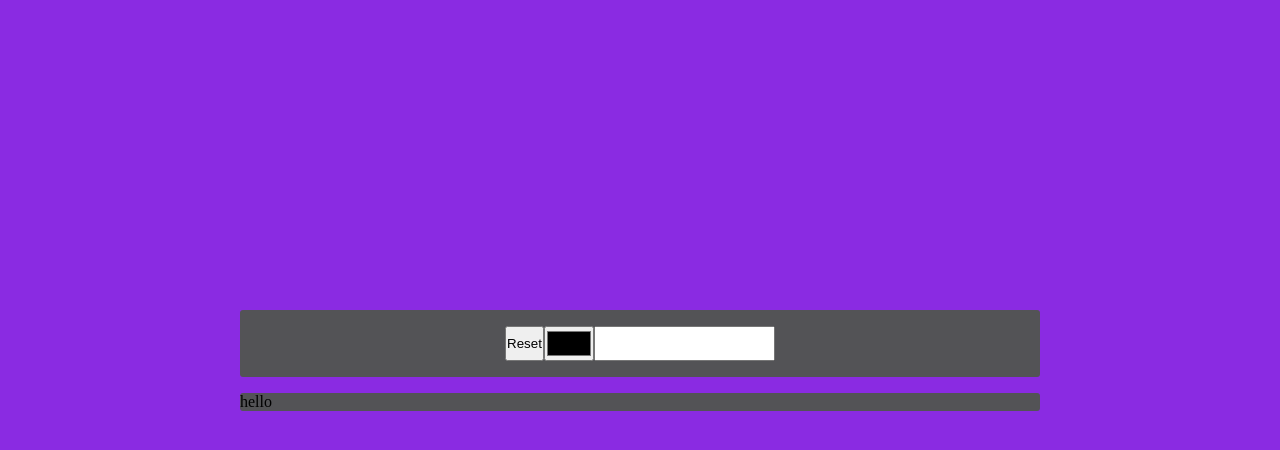
Repository: Larrowo/Challenges
Page: Pixel-Art/index.html
An editor plug-in stored every save of this project. The page is shown before and after the next save, followed by the edit.
The browser window is 1280 px wide. The pictures show the whole page.

Above is the page before, as saved 2022-04-20 12:19:57.

### Pixel-Art/index.html
<!DOCTYPE html>
<html lang="en">

<head>
    <meta charset="UTF-8" />
    <meta http-equiv="X-UA-Compatible" content="IE=edge" />
    <meta name="viewport" content="width=device-width, initial-scale=1.0" />
    <title>Document</title>
    <link rel="stylesheet" href="style.css" />
    <script src="/Pixel-Art/main.js" defer></script>
</head>

<body>
    <div class="navbar">
        <button class="btn">Reset</button>
        <input type="color" class="color">
        <input type="number" class="size">
    </div>
    <div class="container">
        hello
    </div>
</body>

</html>

### Pixel-Art/style.css
*{
    margin: 0;
    padding: 0;
    box-sizing: border-box;
}

html, body{
    height: 100%;
}

body{
    background-color: blueviolet;
    display: flex;
    justify-content: center;
    align-items: center;
    flex-direction: column;

}

.navbar, .container{
    background-color:rgb(83, 83, 86);
    width: 800px;
    border-radius: 3px;
}

.navbar{
    padding: 1em;
    margin-bottom: 1em;
    display: flex;
    justify-content: center;
    align-items: center;
}

.btn, input{
    height: 35px;
}

Loaded but not shown: Pixel-Art/main.js (no stored copy; drawn as an empty file)

After the next save:
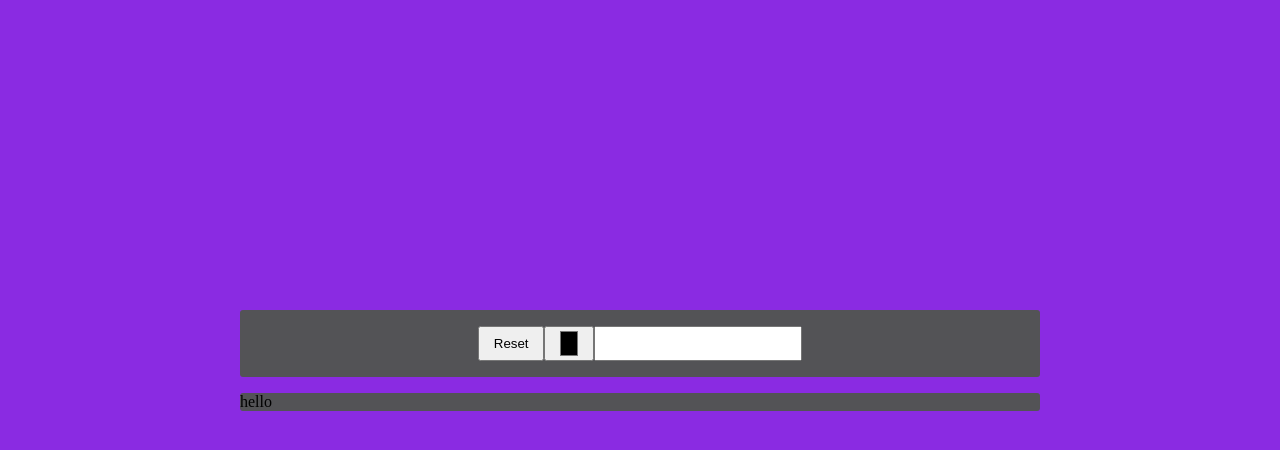
Saved 7 s later.
--- a/Pixel-Art/style.css
+++ b/Pixel-Art/style.css
@@ -33,4 +33,5 @@ body{
 
 .btn, input{
     height: 35px;
+    padding: 0 1em;
 }
